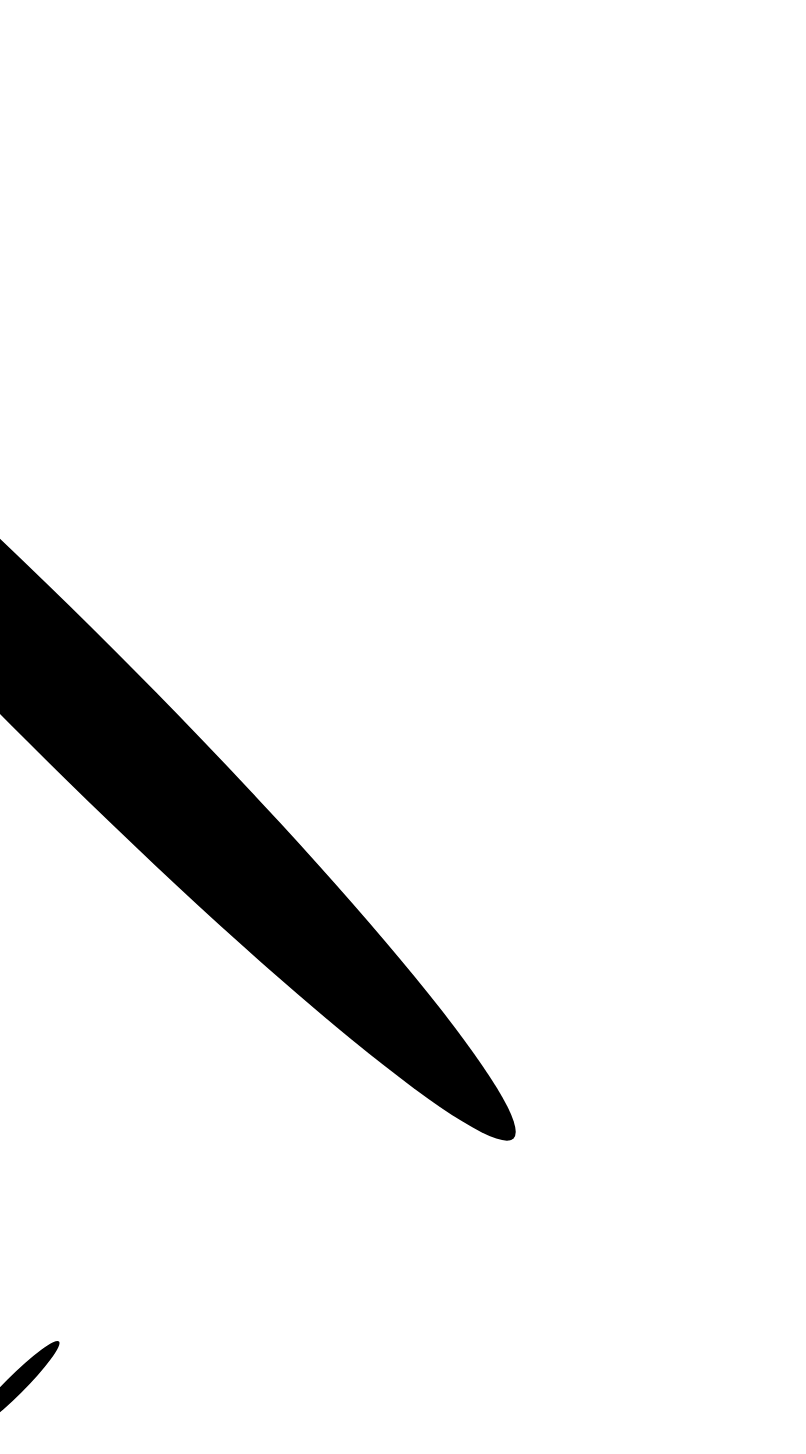
Repository: uditjain100/uditjain100.github.io
Page: index.html
These files come from the project's save history. The page is drawn as it stood at one moment and after the next save; the edit follows.
The browser window is 1280 px wide. The pictures show the whole page, at 63% of full size.

Above is the page before, as saved 2021-05-15 01:32:31.

### index.html
<!DOCTYPE html>
<html lang="en">
	<head>
		<meta charset="UTF-8" />
		<meta http-equiv="X-UA-Compatible" content="IE=edge" />
		<meta name="viewport" content="width=device-width, initial-scale=1.0" />
		<title>Document</title>
		<link rel="stylesheet" href="new.css" />
	</head>
	<body>
		<span>
			<div id="arrowleft"></div>
			<div id="arrowright"></div>
		</span>
	</body>
</html>

### new.css
body {
	margin-top: 100px;
}

span {
}

#arrowleft {
	padding: 0px;
	margin: 0px;
	border-radius: 50%;
	height: 2000px;
	width: 200px;
	background-color: black;
	transform: rotate(-45deg);
}

#arrowright {
	padding: 0px;
	margin: 0px;
	border-radius: 50%;
	height: 200px;
	width: 30px;
	background-color: black;
	transform: rotate(45deg);
}

After the next save:
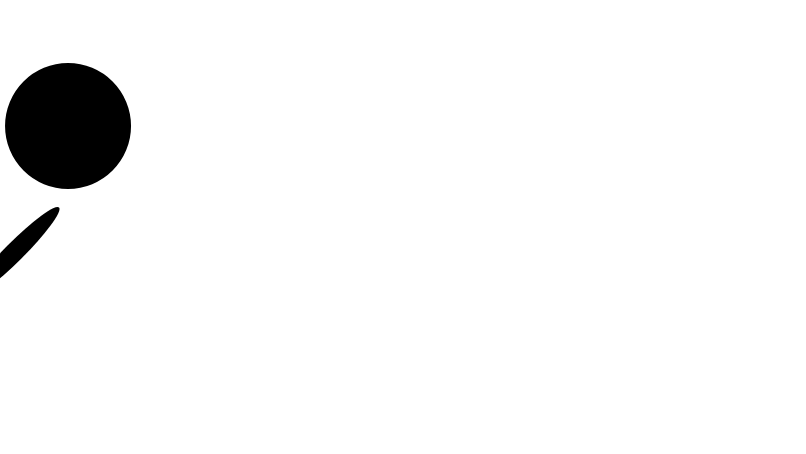
Saved 5 s later.
--- a/new.css
+++ b/new.css
@@ -9,7 +9,7 @@
 	padding: 0px;
 	margin: 0px;
 	border-radius: 50%;
-	height: 2000px;
+	height: 200px;
 	width: 200px;
 	background-color: black;
 	transform: rotate(-45deg);
